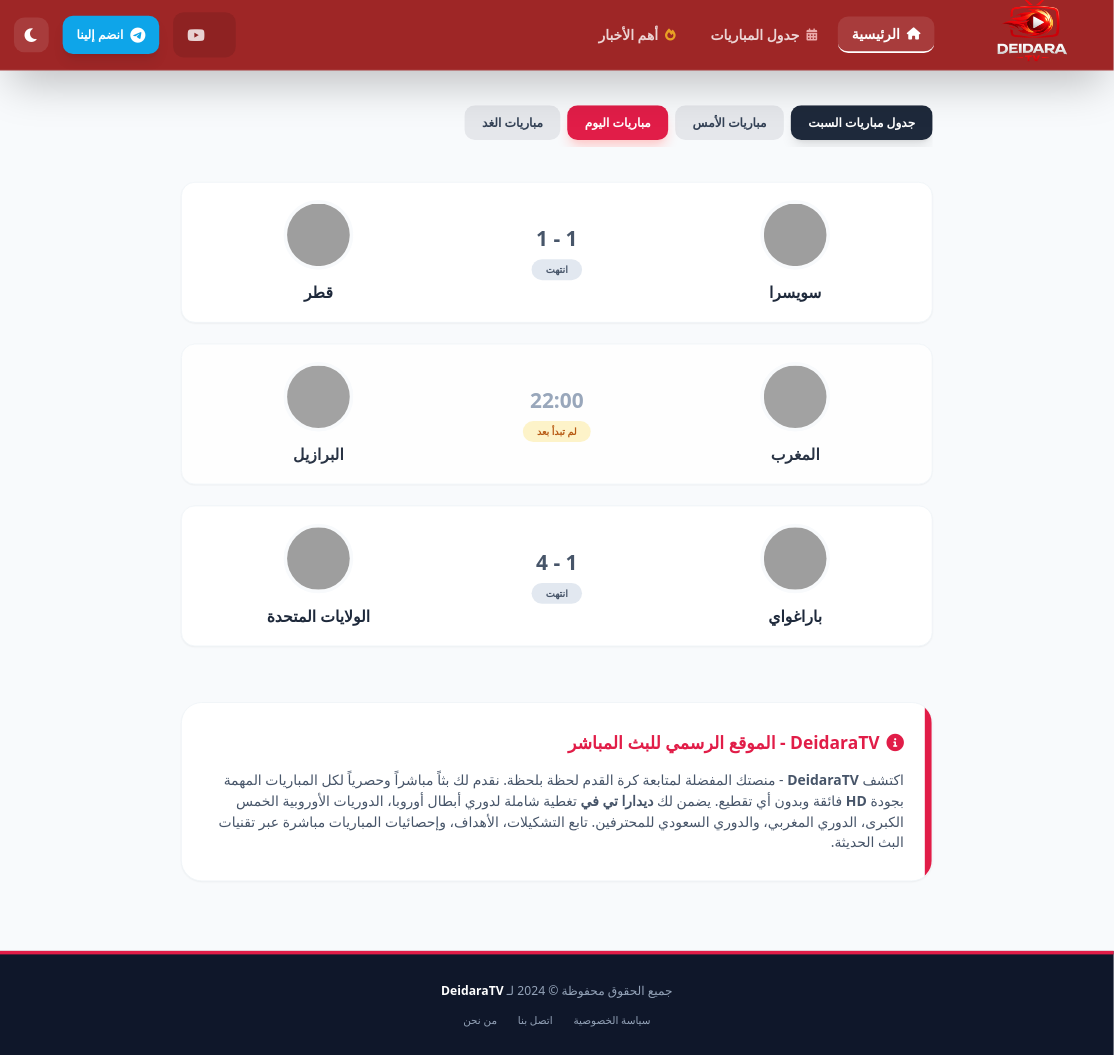
Repository: zakariax05/deidaraTV
Page: index.html
An editor plug-in stored every save of this project. The page is shown before and after the next save, followed by the edit.
The browser window is 1280 px wide. The pictures show the whole page, at 87% of full size.
Pictures or frames that could not be fetched are drawn as grey boxes. Some web libraries are served in a nearby version.

Above is the page before, as saved 2026-06-14 02:40:29.

### index.html
<!DOCTYPE html>
<html lang="ar" dir="rtl">

<head>
  <meta charset="UTF-8">
  <meta name="viewport" content="width=device-width, initial-scale=1.0">
  <title>DeidaraTV - ديدارا تي في | بث مباشر للمباريات</title>
  <script src="https://cdn.tailwindcss.com"></script>
  <link href="https://cdnjs.cloudflare.com/ajax/libs/font-awesome/6.0.0/css/all.min.css" rel="stylesheet">
  <style>
    @import url('https://fonts.googleapis.com/css2?family=Cairo:wght@400;600;700;900&display=swap');

    body {

      background-color: #f8fafc;
    }

    .match-card {
      transition: all 0.3s ease;
    }

    .match-card:hover {
      transform: scale(1.01);
      box-shadow: 0 10px 20px -5px rgba(0, 0, 0, 0.1);
    }

    .bg-red-primary {
      background-color: #e11d48;
    }

    .text-red-primary {
      color: #e11d48;
    }

    .border-red-primary {
      border-color: #e11d48;
    }
  </style>
</head>

<body class="text-slate-800">

  <!-- Header / الهيدر -->
  <!-- الهيدر المطور للرئيسية - DeidaraTV -->
  <header
    class="bg-red-800 text-white shadow-2xl sticky top-0 z-[100] backdrop-blur-md bg-opacity-95 border-b border-white/10">
    <div class="container mx-auto px-4">
      <div class="flex justify-between items-center h-16 md:h-20">

        <!-- القسم الأيمن: الشعار والقائمة -->
        <div class="flex items-center gap-6 md:gap-10">
          <!-- اللوجو مع ميزة إعادة التحميل -->
          <div onclick="window.location.reload()"
            class="flex items-center gap-3 cursor-pointer group select-none transition-transform active:scale-95">
            <img src="imgs/logo-deidaratv.png" alt="DeidaraTV Logo Badge"
              class="h-16 md:h-[150px] w-auto object-contain transition-all hover:scale-105">

          </div>

          <!-- الروابط الأساسية (تظهر في الشاشات الكبيرة) -->
          <nav class="hidden lg:flex items-center gap-2">
            <a href="#"
              class="flex items-center gap-2 px-4 py-2 rounded-xl bg-white/10 hover:bg-white/20 transition-all font-bold border-b-2 border-white">
              <i class="fas fa-home text-sm"></i> الرئيسية
            </a>
            <a href="#"
              class="flex items-center gap-2 px-4 py-2 rounded-xl hover:bg-white/10 transition-all font-bold opacity-80 hover:opacity-100">
              <i class="fas fa-calendar-alt text-sm text-red-200"></i> جدول المباريات
            </a>
            <a href="#"
              class="flex items-center gap-2 px-4 py-2 rounded-xl hover:bg-white/10 transition-all font-bold opacity-80 hover:opacity-100">
              <i class="fas fa-fire text-sm text-amber-400"></i> أهم الأخبار
            </a>
          </nav>
        </div>

        <!-- القسم الأيسر: أيقونات التواصل والأدوات -->
        <div class="flex items-center gap-2 md:gap-4">

          <!-- أيقونات التواصل الاجتماعي بتنسيق أرقى -->
          <div class="hidden sm:flex items-center bg-black/10 rounded-xl px-2 py-1 gap-1">
            <a href="#" class="p-2 hover:bg-white/10 rounded-lg transition-colors text-white/80 hover:text-white"
              title="Twitter">
              <i class="fab fa-x-twitter text-lg"></i>
            </a>
            <a href="#" class="p-2 hover:bg-white/10 rounded-lg transition-colors text-white/80 hover:text-white"
              title="YouTube">
              <i class="fab fa-youtube text-lg"></i>
            </a>
          </div>

          <!-- زر تليجرام (مميز بلونه الخاص) -->
          <a href="#"
            class="bg-sky-500 hover:bg-sky-400 text-white p-2 md:px-4 md:py-2 rounded-xl transition-all shadow-lg flex items-center gap-2 font-bold text-sm">
            <i class="fab fa-telegram-plane text-lg"></i>
            <span class="hidden md:inline">انضم إلينا</span>
          </a>

          <!-- زر الوضع الليلي -->
          <button
            class="w-10 h-10 flex items-center justify-center rounded-xl bg-white/10 hover:bg-white/20 transition-colors">
            <i class="fas fa-moon text-lg"></i>
          </button>

          <!-- زر الموبايل -->
          <button class="lg:hidden w-10 h-10 flex items-center justify-center rounded-xl bg-white/10 hover:bg-white/20">
            <i class="fas fa-bars text-xl"></i>
          </button>
        </div>

      </div>
    </div>
  </header>

  <!-- Content / المحتوى الرئيسي -->
  <main class="container mx-auto px-4 max-w-4xl mt-10 pb-20">

    <!-- الأزرار العلوية -->
    <div class="flex flex-wrap justify-start gap-2 mb-10 overflow-x-auto pb-2">
      <button class="px-5 py-2.5 bg-slate-800 text-white rounded-xl text-sm font-bold whitespace-nowrap shadow-lg">جدول
        مباريات السبت</button>
      <button
        class="px-5 py-2.5 bg-gray-200 hover:bg-gray-300 text-slate-700 rounded-xl text-sm font-bold transition whitespace-nowrap">مباريات
        الأمس</button>
      <button
        class="px-5 py-2.5 bg-red-primary text-white rounded-xl text-sm font-bold shadow-lg shadow-red-200 whitespace-nowrap">مباريات
        اليوم</button>
      <button
        class="px-5 py-2.5 bg-gray-200 hover:bg-gray-300 text-slate-700 rounded-xl text-sm font-bold transition whitespace-nowrap">مباريات
        الغد</button>
    </div>

    <!-- قائمة المباريات -->
    <div class="space-y-6">

      <!-- مباراة مباشرة -->
      <div
        class="match-card bg-white rounded-2xl p-5 flex items-center justify-between border border-slate-100 shadow-sm">
        <div class="flex flex-col items-center w-1/3">
          <img src="https://flagcdn.com/w160/ch.png" alt="سويسرا"
            class="w-14 h-14 md:w-20 md:h-20 rounded-full object-cover border-4 border-slate-50 shadow-inner mb-3">
          <span class="font-bold text-sm md:text-lg">سويسرا</span>
        </div>

        <div class="flex flex-col items-center w-1/3">
          <div class="text-2xl font-black text-slate-600 mb-2">1 - 1</div>
          <span class="bg-slate-200 text-slate-600 text-[11px] px-4 py-1 rounded-full font-bold">انتهت</span>
        </div>

        <div class="flex flex-col items-center w-1/3">
          <img src="https://flagcdn.com/w160/qa.png" alt="قطر"
            class="w-14 h-14 md:w-20 md:h-20 rounded-full object-cover border-4 border-slate-50 shadow-inner mb-3">
          <span class="font-bold text-sm md:text-lg">قطر</span>
        </div>
      </div>

      <!-- مباراة المغرب (لم تبدأ) -->
      <!-- قمت بتغيير الـ div الأول إلى a وإضافة الرابط و cursor-pointer -->
      <a href="watching-page.html"
        class="match-card bg-white rounded-2xl p-5 flex items-center justify-between border border-slate-100 shadow-sm opacity-95 cursor-pointer hover:bg-slate-50 transition-all block">

        <!-- الفريق الأول -->
        <div class="flex flex-col items-center w-1/3">
          <img src="https://flagcdn.com/w160/ma.png" alt="المغرب"
            class="w-14 h-14 md:w-20 md:h-20 rounded-full object-cover border-4 border-slate-50 shadow-inner mb-3">
          <span class="font-bold text-sm md:text-lg text-slate-800">المغرب</span>
        </div>

        <!-- توقيت المباراة -->
        <div class="flex flex-col items-center w-1/3">
          <div class="text-2xl font-bold text-slate-400 mb-2">22:00</div>
          <span class="bg-amber-100 text-amber-700 text-[11px] px-4 py-1 rounded-full font-bold">لم تبدأ
            بعد</span>
        </div>

        <!-- الفريق الثاني -->
        <div class="flex flex-col items-center w-1/3">
          <img src="https://flagcdn.com/w160/br.png" alt="البرازيل"
            class="w-14 h-14 md:w-20 md:h-20 rounded-full object-cover border-4 border-slate-50 shadow-inner mb-3">
          <span class="font-bold text-sm md:text-lg text-slate-800">البرازيل</span>
        </div>
      </a>

      <!-- مباراة منتهية -->
      <div
        class="match-card bg-white rounded-2xl p-5 flex items-center justify-between border border-slate-100 shadow-sm bg-slate-50/50">
        <div class="flex flex-col items-center w-1/3">
          <img src="https://flagcdn.com/w160/py.png" alt="باراغواي"
            class="w-14 h-14 md:w-20 md:h-20 rounded-full object-cover border-4 border-slate-50 shadow-inner mb-3">
          <span class="font-bold text-sm md:text-lg">باراغواي</span>
        </div>

        <div class="flex flex-col items-center w-1/3">
          <div class="text-2xl font-black text-slate-600 mb-2">1 - 4</div>
          <span class="bg-slate-200 text-slate-600 text-[11px] px-4 py-1 rounded-full font-bold">انتهت</span>
        </div>

        <div class="flex flex-col items-center w-1/3">
          <img src="https://flagcdn.com/w160/us.png" alt="الولايات المتحدة"
            class="w-14 h-14 md:w-20 md:h-20 rounded-full object-cover border-4 border-slate-50 shadow-inner mb-3">
          <span class="font-bold text-sm md:text-lg">الولايات المتحدة</span>
        </div>
      </div>

    </div>

    <!-- SEO / قسم المعلومات -->
    <section
      class="mt-16 bg-white rounded-3xl p-8 border border-slate-100 shadow-sm leading-relaxed relative overflow-hidden">
      <div class="absolute top-0 right-0 w-2 h-full bg-red-primary"></div>
      <h2 class="text-red-primary font-black text-xl mb-4 flex items-center gap-2">
        <i class="fas fa-info-circle"></i> DeidaraTV - الموقع الرسمي للبث المباشر
      </h2>
      <p class="text-slate-600 text-sm md:text-base leading-8">
        اكتشف <strong>DeidaraTV</strong> - منصتك المفضلة لمتابعة كرة القدم لحظة بلحظة. نقدم لك بثاً مباشراً
        وحصرياً لكل المباريات المهمة بجودة <strong>HD</strong> فائقة وبدون أي تقطيع. يضمن لك <strong>ديدارا تي
          في</strong> تغطية شاملة لدوري أبطال أوروبا، الدوريات الأوروبية الخمس الكبرى، الدوري المغربي، والدوري
        السعودي للمحترفين. تابع التشكيلات، الأهداف، وإحصائيات المباريات مباشرة عبر تقنيات البث الحديثة.
      </p>
    </section>

  </main>

  <!-- Footer / الفوتر -->
  <footer class="bg-slate-900 text-slate-400 py-8 text-center border-t-4 border-red-primary">
    <div class="container mx-auto px-4">
      <p class="text-sm">جميع الحقوق محفوظة &copy; 2024 لـ <span class="text-white font-bold">DeidaraTV</span></p>
      <div class="flex justify-center gap-6 mt-4 text-xs">
        <a href="#" class="hover:text-white">سياسة الخصوصية</a>
        <a href="#" class="hover:text-white">اتصل بنا</a>
        <a href="#" class="hover:text-white">من نحن</a>
      </div>
    </div>
  </footer>

</body>

</html>

After the next save:
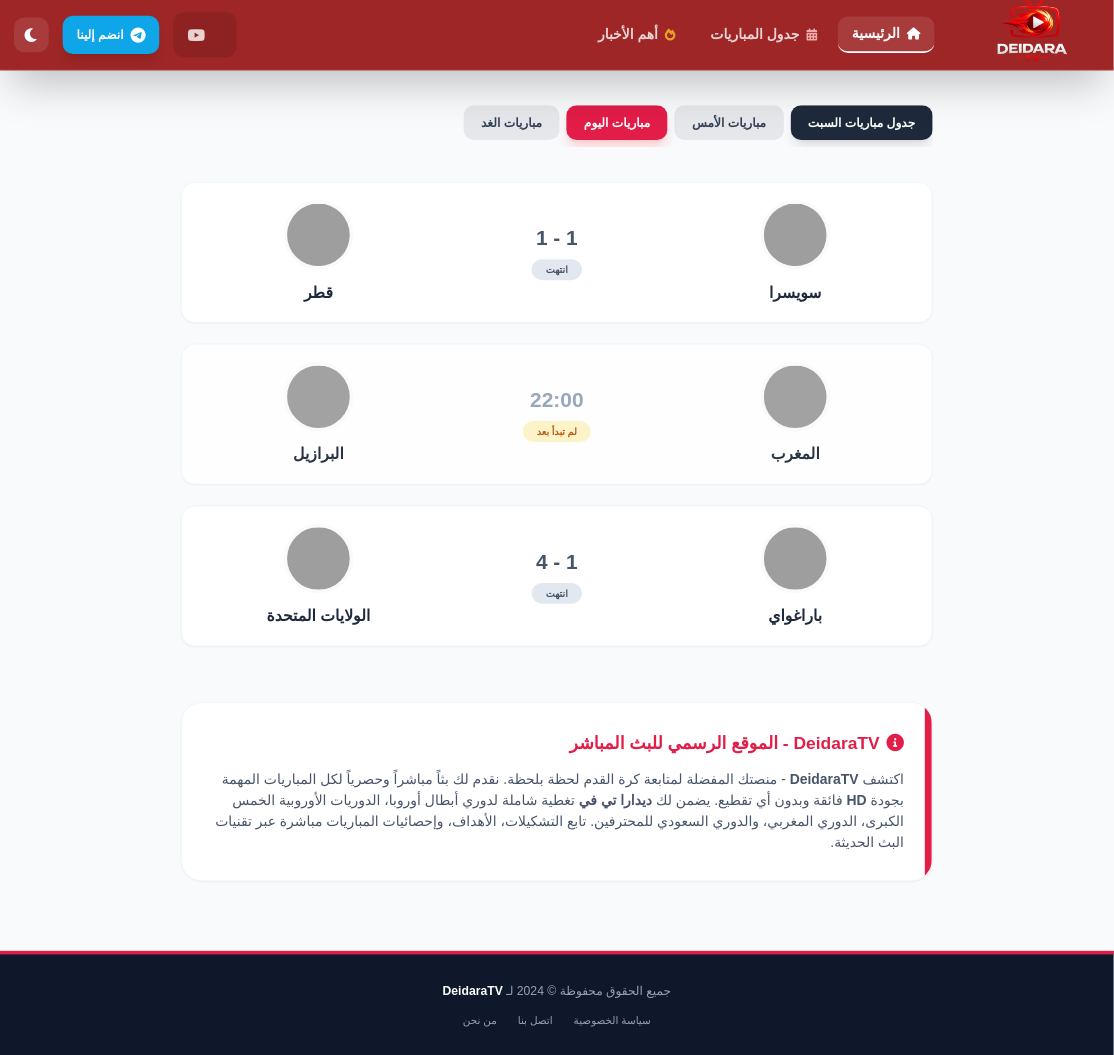
Saved 52 s later.
--- a/index.html
+++ b/index.html
@@ -11,7 +11,7 @@
     @import url('https://fonts.googleapis.com/css2?family=Cairo:wght@400;600;700;900&display=swap');
 
     body {
-
+      font-family: 'Tajawal', sans-serif;
       background-color: #f8fafc;
     }
 

After the 4 saves that followed:
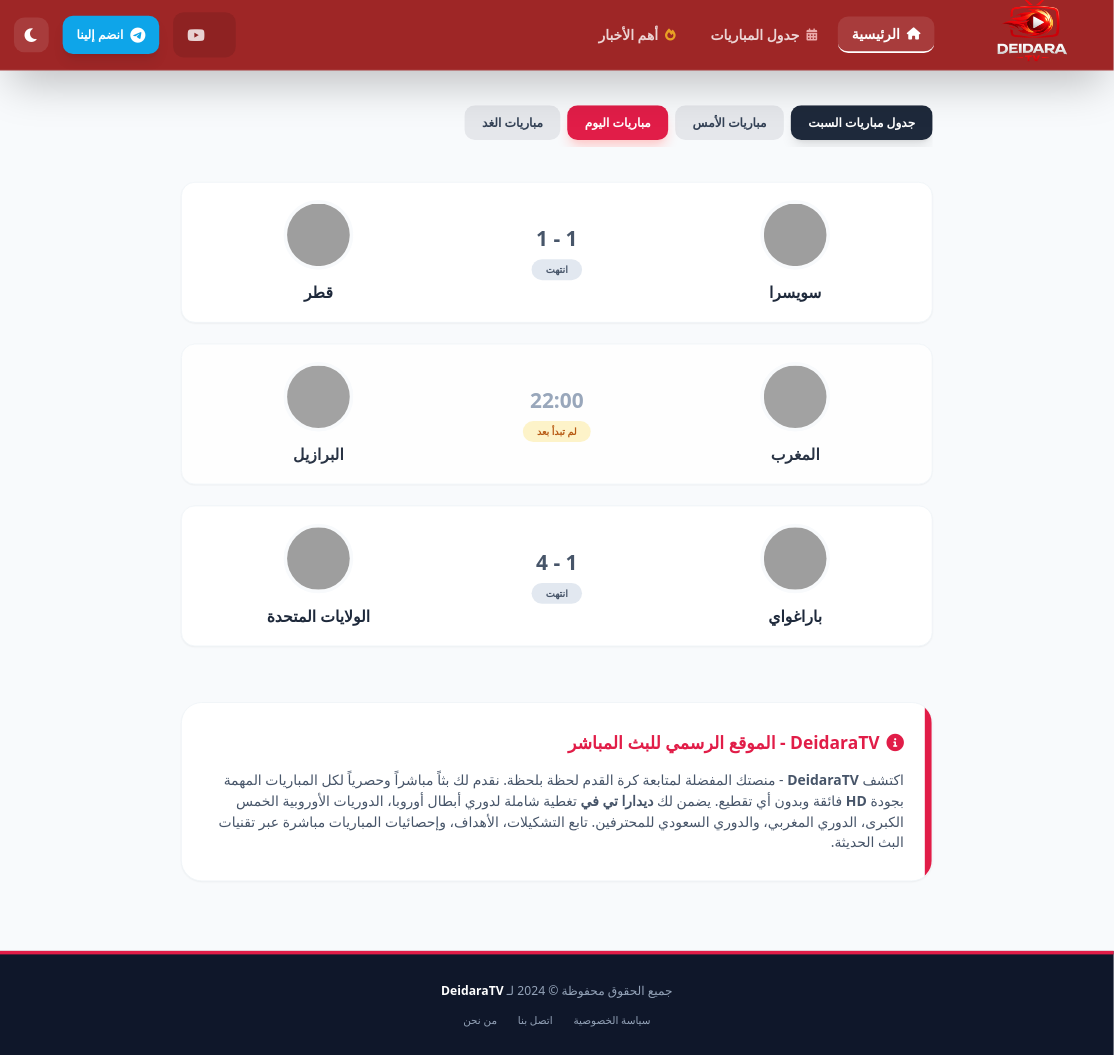
The 4 saves are shown as one change because 3 left the picture as it was.
The last was saved 4 min 6 s later.
--- a/index.html
+++ b/index.html
@@ -11,7 +11,7 @@
     @import url('https://fonts.googleapis.com/css2?family=Cairo:wght@400;600;700;900&display=swap');
 
     body {
-      font-family: 'Tajawal', sans-serif;
+      font-family: system-ui, -apple-system, BlinkMacSystemFont, 'Segoe UI', Roboto, Oxygen, Ubuntu, Cantarell, 'Open Sans', 'Helvetica Neue', sans-serif;
       background-color: #f8fafc;
     }
 
